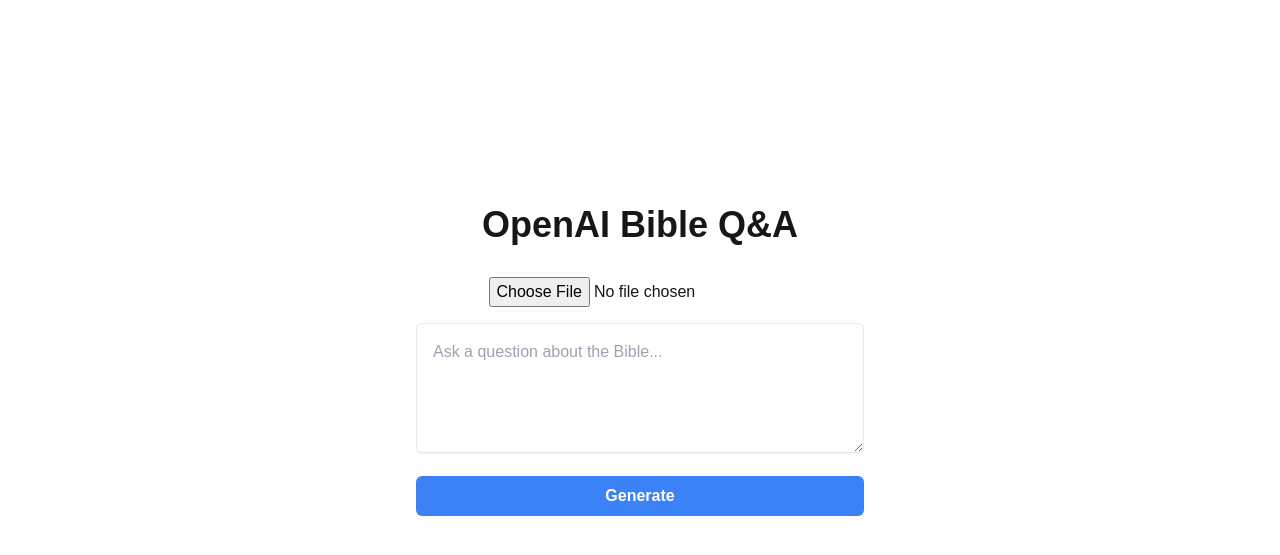
Repository: YasirGaji/BibleQuery
Page: /
These files come from the project's save history. The page is drawn as it stood at one moment and after the next save; the edit follows.
The browser window is 1280 px wide. The pictures show the whole page.
The project was rebuilt for these pictures with package versions that can differ from the ones it lists, and the page was loaded fresh each time. The framework's server and built-in components were replaced by stand-ins that run in the browser. Also part of the build but not shown: next.config.ts.

Above is the page before, as saved 2024-10-24 11:58:16.

### src/app/page.tsx
'use client';

import { useState, FormEvent } from 'react';
import { PDFDocument } from 'pdf-lib';
import generateText from '@/lib/generateText';

export default function Home() {
  const [prompt, setPrompt] = useState<string>('');
  const [result, setResult] = useState<string>('');
  const [bibleText, setBibleText] = useState<string>('');
  const [file, setFile] = useState<File | null>(null);


  const handleSubmit = async (e: FormEvent) => {
    e.preventDefault();

    if (!bibleText) {
      setResult('Please upload a Bible PDF first.');
      return;
    }

    try {
      const response = await fetch('/api/generate', {
        method: 'POST',
        headers: {
          'Content-Type': 'application/json',
        },
        body: JSON.stringify({ prompt, bibleText }),
      });

      const data = await response.json();
      setResult(data.answer);
    } catch (error) {
      console.error('Error generating text:', error);
      setResult('Error occurred while generating text');
    }
  };

  // Handle file upload
  const handleFileUpload = async (e: React.ChangeEvent<HTMLInputElement>) => {
    const uploadedFile = e.target.files?.[0];
    if (uploadedFile) {
      setFile(uploadedFile);
      const extractedText = await extractTextFromPDF(uploadedFile);
      console.log(extractedText);
      setBibleText(extractedText);
    }
  };

  // Extract text from the uploaded PDF using pdf-lib
  const extractTextFromPDF = async (file: File): Promise<string> => {
    const arrayBuffer = await file.arrayBuffer();
    const pdfDoc = await PDFDocument.load(arrayBuffer);
    const pages = pdfDoc.getPages();

    let extractedText = '';
    for (const page of pages) {
      const text = await page.getTextContent();
      extractedText += text.items.map((item) => item.str).join(' ') + ' ';
    }

    return extractedText;
  };

  return (
    <div className="flex flex-col items-center justify-center min-h-screen p-4 bg-black-100">
      <h1 className="text-4xl font-bold mb-8">OpenAI Bible Q&A</h1>

      {/* File Upload Section  */}
      <input
        type="file"
        accept="application/pdf"
        onChange={handleFileUpload}
        className="mb-4"
      />
      {file && <p className="mb-4">Uploaded: {file.name}</p>}


      <form onSubmit={handleSubmit} className="w-full max-w-md">
        <textarea
          className="w-full p-4 mb-4 border border-black-300 text-black rounded-md shadow-sm focus:outline-none focus:ring-2 focus:ring-blue-400"
          value={prompt}
          onChange={(e) => setPrompt(e.target.value)}
          rows={4}
          placeholder="Ask a question about the Bible..."
        />
        <button
          type="submit"
          className="w-full py-2 bg-blue-500 text-white font-semibold rounded-md hover:bg-blue-600 transition"
        >
          Generate
        </button>
      </form>


      {result && (
        <div className="w-full max-w-md mt-8 p-4 bg-black rounded-md shadow-md">
          <h2 className="text-2xl font-semibold mb-4">Result:</h2>
          <p>{result}</p>
        </div>
      )}
    </div>
  );
}

Loaded but not shown: src/app/layout.tsx (common file); src/app/globals.css (common file); tailwind.config.ts (common file)

After the next save:
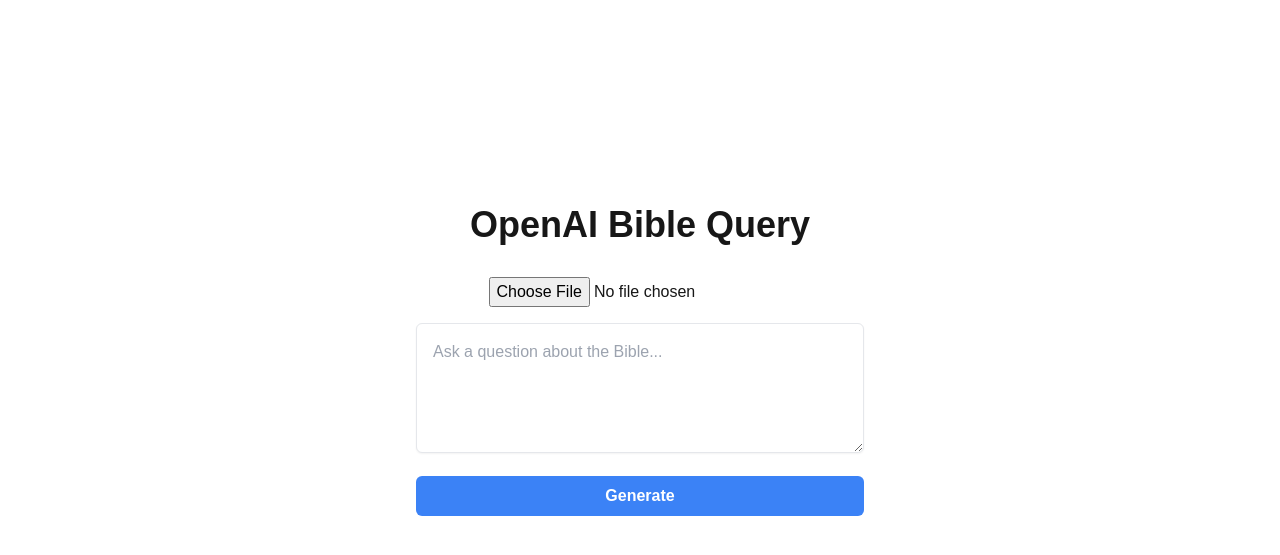
Saved 37 s later.
--- a/src/app/page.tsx
+++ b/src/app/page.tsx
@@ -64,9 +64,7 @@
 
   return (
     <div className="flex flex-col items-center justify-center min-h-screen p-4 bg-black-100">
-      <h1 className="text-4xl font-bold mb-8">OpenAI Bible Q&A</h1>
-
-      {/* File Upload Section  */}
+      <h1 className="text-4xl font-bold mb-8">OpenAI Bible Query</h1>
       <input
         type="file"
         accept="application/pdf"
